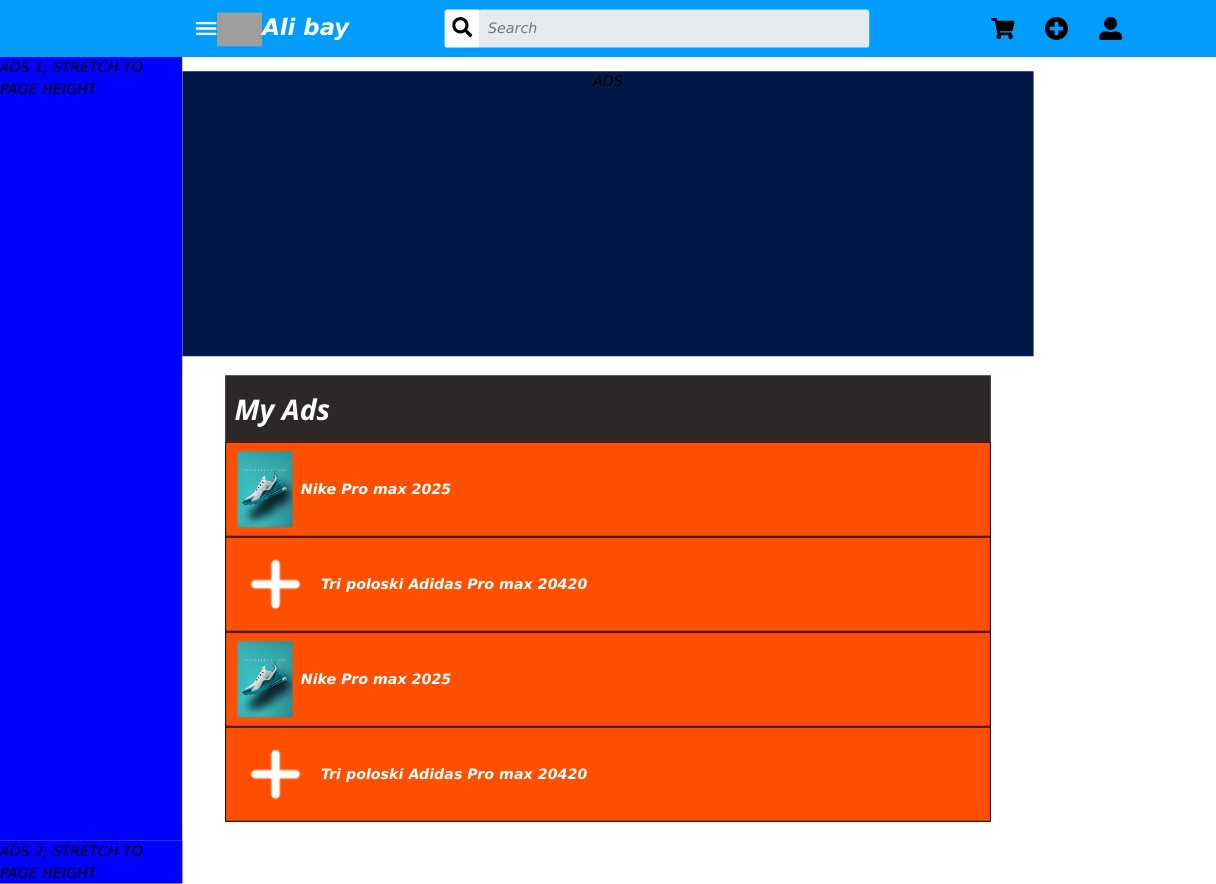
Repository: Aramys21/alibay-site
Page: public/ad_list.html
An editor plug-in stored every save of this project. The page is shown before and after a run of saves, followed by the edit.
The browser window is 1280 px wide. The pictures show the whole page, at 95% of full size.
Pictures or frames that could not be fetched are drawn as grey boxes.

Above is the page before, as saved 2023-04-05 00:53:41.

### public/ad_list.html
<!DOCTYPE html>
<html>
  <head>
	<link rel="stylesheet" href="src/css/w3.css">
	<link rel="stylesheet" href="src/css/style.css">
	<link rel="stylesheet" href="src/css/style4.css">
    <title>Ads List Page</title>
  </head>
  <body>
	<div class="w3-sidebar w3-bar-block w3-card w3-animate-left side-bar" style="display:none" id="mySidebar">
		<!-- Side bar Menu -->
		<div class="sidebar-language">
			<button class="w3-bar-item w3-button w3-xlarge sidebar">ENG</button>
			<button class="w3-bar-item w3-button w3-xlarge sidebar">FR</button>
			<button class="w3-bar-item w3-button w3-xlarge sidebar">عربي</button>
		</div>
		<!-- contents of side bar -->
		<a class="w3-bar-item sidebar-title">Compte</a>
		<a href="login.html" class="w3-bar-item sidebar-link"><img class="search-icon" src="src/icons/account-white-icon.svg" style="height:12px;"> Login</a>
		<a href="register.html" class="w3-bar-item sidebar-link"><img class="search-icon" src="src/icons/account-add-icon.svg" style="height:12px;"> Register</a>
		<!-- separator -->
		<a class="w3-bar-item sidebar-title">Categories</a>
		<a href="#" class="w3-bar-item sidebar-link"><img class="search-icon" src="src/icons/perfume-icon.svg" style="height:18px;"> Cosmetique et beauté</a>
		<a href="#" class="w3-bar-item sidebar-link"><img class="search-icon" src="src/icons/watch-icon.svg" style="height:18px;"> Accessoire de mode</a>
		<a href="#" class="w3-bar-item sidebar-link"><img class="search-icon" src="src/icons/car-icon.svg" style="height:18px;"> Véhicules</a>
		<a href="#" class="w3-bar-item sidebar-link"><img class="search-icon" src="src/icons/battery-icon.svg" style="height:18px;"> piéces détachées</a>
		<a href="#" class="w3-bar-item sidebar-link"><img class="search-icon" src="src/icons/android-icon.svg" style="height:18px;"> Téléphones</a>
		<a href="#" class="w3-bar-item sidebar-link"><img class="search-icon" src="src/icons/headphones-icon.svg" style="height:18px;"> Accessoires de téléphones</a>
		<a href="#" class="w3-bar-item sidebar-link"><img class="search-icon" src="src/icons/appliance-icon.svg" style="height:18px;"> Electronique et electroménager</a>
		<a href="vetements.html" class="w3-bar-item sidebar-link"><img class="search-icon" src="src/icons/clothes-icon.svg" style="height:18px;"> Vétements</a>
	</div>

   <div id="navbar" class="navbar">
		<a href="#" id="openNav" class="w3-large navbar-first" onclick="menu_click()"><svg width="22" height="14" viewBox="0 0 22 14" fill="none" xmlns="http://www.w3.org/2000/svg">
			<path d="M0.785714 2.57143H21.2143C21.6482 2.57143 22 2.31561 22 2V0.571429C22 0.255821 21.6482 0 21.2143 0H0.785714C0.351754 0 0 0.255821 0 0.571429V2C0 2.31561 0.351754 2.57143 0.785714 2.57143ZM0.785714 8.28571H21.2143C21.6482 8.28571 22 8.02989 22 7.71429V6.28571C22 5.97011 21.6482 5.71429 21.2143 5.71429H0.785714C0.351754 5.71429 0 5.97011 0 6.28571V7.71429C0 8.02989 0.351754 8.28571 0.785714 8.28571ZM0.785714 14H21.2143C21.6482 14 22 13.7442 22 13.4286V12C22 11.6844 21.6482 11.4286 21.2143 11.4286H0.785714C0.351754 11.4286 0 11.6844 0 12V13.4286C0 13.7442 0.351754 14 0.785714 14Z" fill="white"/>
			</svg>
			</a>
		<div class="navbar__logo"><a href="home.html"><img src="src/images/logo-ab.png" style="width:8%;height:auto;"/>Ali bay</a></div>
		<div class="navbar__search">
		<a class="search-icon-link" href="#"><img class="search-icon" src="src/icons/search-icon.svg" style="width:22px;"></a>
		<input type="text" placeholder="Search" class="navbar__search__input"/>
		</div>
		<div class="navbar__links">


			<div class="dropdown">
				<a href="#" class="dropbtn"><img class="nav-icons" src="src/icons/cart-icon.svg"></a>
				<div id="dropdown-cart" class="dropdown-content">
					<p>My Cart</p>
					<a href="#"><img class="search-icon" src="src/icons/clothes-icon.svg"> Link 1</a>
					<a href="#"><img class="search-icon" src="src/icons/watch-icon.svg"> Link 2</a>
					<a href="#"><img class="search-icon" src="src/icons/appliance-icon.svg"> Link 3</a>
				</div>
			</div>

			<div class="dropdown">
				<a href="ad_list.html" class="dropbtn"><img class="nav-icons" src="src/icons/add-icon.svg"></a>
			</div>

			<div class="dropdown">
				<a href="#" class="dropbtn"><img class="nav-icons" src="src/icons/account-icon.svg"></a>
				<div id="dropdown-acc" class="dropdown-content">
					<p>My Account</p>
					<div class="dropdown-acc-info-container">
						<div class="dropdown-acc-icon"><img id="dropdown-account-icon" src="src/icons/account-icon.svg"></div>
						<a id="dropdown-acc-username">WexDex</a>
					</div>

					<a href="#">Disconnect</a>
				</div>
			</div>

      </div>
    </div>
	<script>
		function menu_click() {
		  if (document.getElementById("mySidebar").style.display === "none") {
			  document.getElementById("mySidebar").style.left = "0";
			  document.getElementById("mySidebar").style.width = "15%";
			  document.getElementById("mySidebar").style.display = "block";
		  }
		  else {
			  document.getElementById("mySidebar").style.display = "none";
		  }
		}
		function w3_close() {
			  document.getElementById("mySidebar").style.display = "none";
		}
	</script>

	<!-- Body Start -->
	<div id="container" style="display:flex;">
	<div class="left">ADS 1; STRETCH TO PAGE HEIGHT</div>
	<div class="main">
		<!-- ADS -->
		<div class="ad-box">
			<p>ADS</p>
		</div>
		<!-- main content -->

		<div class="list-container">
			<div class="list-label"><h2>My Ads</h2></div>
			<!-- Item list -->

			<!-- Single item start -->
			<div class="list-item">
				<a><img src="src/images/ades (1).png"></a>
				<a>Nike Pro max 2025</a>
			</div>
			<!-- single item end -->

			<!-- Single item start -->
			<div class="list-item">
				<a><img src="src/images/ades (2).png"></a>
				<a>Tri poloski Adidas Pro max 20420</a>
			</div>
			<!-- single item end -->

			<!-- Single item start -->
			<div class="list-item">
				<a><img src="src/images/ades (1).png"></a>
				<a>Nike Pro max 2025</a>
			</div>
			<!-- single item end -->

			<!-- Single item start -->
			<div class="list-item">
				<a><img src="src/images/ades (2).png"></a>
				<a>Tri poloski Adidas Pro max 20420</a>
			</div>
			<!-- single item end -->
			</div>
		</div>


	</div>
		<div class="right">ADS 2; STRETCH TO PAGE HEIGHT</div>
	</div>

	<a href="#" class="back-to-top"></a>
	<script>
		const backToTopButton = document.querySelector('.back-to-top');

		window.addEventListener('scroll', () => {
		  if (window.scrollY > 200) {
			backToTopButton.classList.add('show');
		  } else {
			backToTopButton.classList.remove('show');
		  }
		});

		backToTopButton.addEventListener('click', () => {
		  window.scrollTo({ top: 0, behavior: 'smooth' });
		});

	</script>
  </body>
</html>

### public/src/css/style.css
html,
body {

  font-style: italic;
}

/* Style for the navbar */
  .navbar {
	display: flex;
	justify-content: space-between;
	align-items: center;
	background-color: #009dff;
	color: #fff;
	padding: 10px;
	height: 60px;
  }
  .navbar__logo a {
	font-size: 24px;
	font-weight: bold;
	display: inline;
	color: #fff;
	text-decoration: none;

  }
  .navbar__logo img {
	  width:20% !important;
  }
  .navbar-first {
	  margin-left: 15%;
  }
  .navbar__logo {
	  display: inline;
	  width: 30%;
  }
  .navbar__search {
	  display: flex;
	  width:70%;
  }

  .navbar__search__input {
	/* margin: 0 20px; */
	margin-left: -2px;
	height: 40px;
	border-radius: 3px;
	border: none;
	padding: 0 10px;
	z-index: 1;
  }

  input[type="text"].navbar__search__input {
	margin-right: 20%;
	width: 100% !important;
	background-color: #e5eaed;
  }
  .search-icon-link {
	padding-top: 7px;
	background-color: #ffffff;
	border-radius: 3px;
	border: none;
	padding-left: 8px;
	padding-right: 8px;
  }

  .navbar__links {
	display: flex;
	margin-right: 5%;
  }
  .navbar__links a {
	color: #000;
	text-decoration: none;
	margin-right: 30px;
	font-size: 20px;
	margin-right: 50px;
  }
  .navbar__links a:last-child {
	margin-right: 0;
  }


  .nav-icons {
	  fill: black;
	  color: black;
  }

.side-bar {
	transition: 0.5s;
	background-color: #009dff;
	color: #fff;
}

#navbar {
  transition: margin-left .5s;
  padding: 20px;
}

@media screen and (max-height: 450px) {
  .navbar {padding-top: 15px;}
  .navbar a {font-size: 18px;}
}

/* Drop down */

.dropdown {
  float: left;
  overflow: hidden;
}

.dropdown .dropbtn {
  font-size: 16px;
  border: none;
  outline: none;
  color: white;
  padding: 14px 16px;
  background-color: inherit;
  font-family: inherit;
  margin: 0;
}

.navbar a:hover, .dropdown:hover .dropbtn {

}

.dropdown-content {
  display: none;
  position: absolute;
  background-color: #f9f9f9;
  box-shadow: 0px 8px 16px 0px rgba(0,0,0,0.2);
  z-index: 1;
  right : 10px;
}
#dropdown-cart {
	min-width: 400px;
}
#dropdown-acc {
	min-width: 250px;
}

.dropdown-acc-info-container {
	display: flex;
	align-items: center;
	background-color: #2D2828;
}
.dropdown-acc-info-container a {
	color: white;
	font-size: 20px;

}

.dropdown-acc-icon {
  display: flex;
  justify-content: center;
  align-items: center;
  width: 70px;
  height: 70px !important;
  border-radius: 50%;
  background-color: #FE5000;
  margin-bottom: 5px;
  color: white;
  margin: 5px;
}

.dropdown-acc-icon img {
	fill: #fff;
	color: #fff;
}

.dropdown-content a:not([id="dropdown-acc-username"]),.dropdown-content p,.dropdown-content img {
  float: none;
  color: #fff;
  padding: 6px 10px;
  text-decoration: none;
  display: flex;
  text-align: left;
  margin-right: 0;
  background-color: #FE5000;
}
.dropdown-content img {
	background-color: transparent;
}
.dropdown-content a {
	display: flex;
}

.dropdown-content p {
	background-color: #2D2828;
	margin-bottom: 0;
	margin-top: 0;
	font-size: 20px;
	color: #fff;
}
#dropdown-acc p {
	background-color: #000;
}

.dropdown-content a:hover:not([id="dropdown-acc-username"]),.dropdown-content img:hover {
  background-color: #942B0A;
}
#dropdown-account-icon:hover {
	background-color: transparent;
}

.dropdown:hover .dropdown-content {
  display: block;
}

/* Sidebar */

.sidebar-language button {
	width: 34%;
	font-size: 20px;
}
.sidebar-language {
	display: flex;
	background-color: #0077ff;
	color: #fff;
}
a.sidebar-title, a.sidebar-link {
	text-decoration: none;
}
a.sidebar-link {
	margin-left: 5%;
}
a.sidebar-link:hover {
	background-color: #942B0A;
}


/* Body Structure */
.container {
  justify-content: center;
  align-items: center;
}
.left,
.right {
  display:flex;
  /* height: 100%; */
  width: 15%;
}
.left {
  background-color: blue;
}

.right {
  background-color: blue;
}

.main {
  height: 100%;
  background-color: white;
  width: 70%;
}


/* Content */
.ad-box {
	height:300px;
	background-color: #021947;
	text-align: center;
	align-items: middle;
	margin: auto;
	width:100%;

}

.ad-box img {
	color: #000;
	font-size: 40px;
	margin: auto;
  background-size: cover;
  width: 100%;
  height: 100%;

}
.right img{
  width: 100%;
  height: 100%;

}

/* Categories */

.category-links {
	display: flex;
	justify-content: space-between;
	align-items: center;
  justify-content: center;
	background-color: #2D2828;
	height: 250px;
  padding-top: 10px;
	/* padding-left: 5%;
	padding-right: 5%; */
	flex-wrap: wrap;
	width:auto;
	/* margin-left: 15%; */
	/* margin-right: auto; */
}

.category-link {
  display: flex;
  flex-direction: column;
  justify-content: center;
  align-items: center;
  text-align: center;
  width: 100px;
  height: 120px;
  text-decoration: none;
  font-weight: bold;
  font-size: 1.2em;
  margin-right: 10px;
}

.category-icon {
  display: flex;
  justify-content: center;
  align-items: center;
  width: 70px;
  height: 70px !important;
  border-radius: 50%;
  background-color: #009dff;
  margin-bottom: 5px;
  color: white;
}
.category-icon.active-category {
  background-color: #8CBE39;
}

.category-icon img {
	fill: #fff;
	color: #fff;
}
.icn{
color: #fff;
fill: #fff;
height: 75% ;
}
.category-text {
  display: flex;
  text-overflow: ellipsis;
  overflow: hidden;
  word-wrap: break-word;
  color: white;
  font-size: 1rem;
  height: 50px;
}
/* Filter Bar */
.filter-container {
	/* width: 80%; */
	margin: auto;
	margin-top: 20px;
	display: flex;
	justify-content: center;
}
.filter-bar {
	display: flex;
	width: 40%;
	margin-right: 10%;
}
.filter-bar input {
	width: 100%;
	background-color: #009dff;
	border: none;
	color: white;
	border-top-left-radius: 5px;
	border-bottom-left-radius: 5px;
}

.filter-search-icon-link {
	padding: 8px;
	background-color: #08024f;
	border-top-right-radius: 3px;
	border-bottom-right-radius: 3px;
	border: none;
  }
/* Filter Dropdown */
.filter-dropdown {
  position: relative;
  display: inline-block;
}

.filter-btn {
  background-color: #009dff;
  color: white;
  padding: 10px;
  border: none;
  cursor: pointer;
  border-radius: 15px;
  font-size: 18px;
}

.filter-content {
  display: none;
  position: absolute;
  background-color: #009dff;
  min-width: 200px;
  z-index: 1;
  padding: 10px;
  box-shadow: 0px 8px 16px 0px rgba(0,0,0,0.2);
  border: black solid 1px;
}
.filter-content select,.filter-content input {
	background-color: #2D2828;
	color: white;
}

.filter-content form {
  margin: 0;
}

.filter-content label {
  display: block;
  font-weight: bold;
  margin-bottom: 5px;
}

.filter-content select, .filter-content input {
  display: block;
  margin-bottom: 10px;
  width: 100%;
  padding: 5px;
  border: 1px solid #ccc;
  border-radius: 4px;
  box-sizing: border-box;
}

.filter-content button[type=submit] {
  background-color: #4CAF50;
  color: white;
  border: none;
  padding: 10px;
  cursor: pointer;
}

.filter-dropdown:hover .filter-content {
  display: block;
}


/* Products List */
.product-list {
	display: flex;
	flex-wrap: wrap;
	justify-content: space-between;
	padding-left: 10%;
	padding-right: 10%;
	padding-top: 5%;
	width:100%;
}

.product-card {
  width: calc((100% / 3) - 20px);
  margin-bottom: 20px;
  box-shadow: 0 0 5px rgba(0, 0, 0, 0.2);
  border-radius: 5px;
  overflow: hidden;
  background-color: #006afe;
}

.product-card-img {
  display: block;
  width: 100%;
  height: 350px;
}

.product-card h2 {
  font-size: 1.2em;
  margin: 10px;
}

.product-card p {
  font-size: 0.9em;
  margin: 10px;
  color: #555;
}

.product-icons {
	display: flex;
	align-items: center;
	width: 50%;
}

.product-card a.card-icon-links {
  margin-left: 20px;
  padding: 20px 0px;
  border: none;
  color: white;
  font-weight: bold;
  border-radius: 5px;
  cursor: pointer;
}

.card-icons img {
	width: 33%;
	height: 33%;
}

/* Back to Top button */
.back-to-top {
  display: none;
  position: fixed;
  bottom: 20px;
  right: 20px;
  width: 50px;
  height: 50px;
  background-color: #007bff;
  color: white;
  border-radius: 50%;
  text-align: center;
  line-height: 50px;
  font-size: 24px;
  cursor: pointer;
  z-index: 9999;
  transition: opacity 0.4s ease-in-out;
  text-decoration: none;
}

.back-to-top:before {
  content: "\2191";
  font-family: Arial, sans-serif;
  font-weight: bold;
}

.back-to-top:hover {
  opacity: 0.8;
}

.back-to-top.active {
  display: block;
}


.back-to-top.show {
  display: block;
  opacity: 1;
}

### public/src/css/style4.css
.list-container {
	width: 90%;
	background-color: #2D2828;
	margin: auto;
	margin-top: 20px;
	margin-bottom: 20px;
}

.list-label {
	min-height: 70px;
	max-height: 70px;
	display: flex;
    align-items: center;
}

.list-item {
	min-height: 100px;
	max-height: 100px;
	display: flex;
    align-items: center;
	background-color: #FE5000;

	border: black solid 1px;
}

.list-item img {
	height: 80px;
	margin-left: 3%;
}

.list-container h2 {
	color: white;
	font-weight: bold;
	margin-left: 10px;
}
a.link-list-item {
	background-color:green;
}
.list-item a {
	color: white;
	font-size: 30;
	font-weight: bold;
	margin-left: 10px;
}
link-item-list-full {
	width: 100%;
}

Loaded but not shown: public/src/css/w3.css (library)

After the next 2 saves:
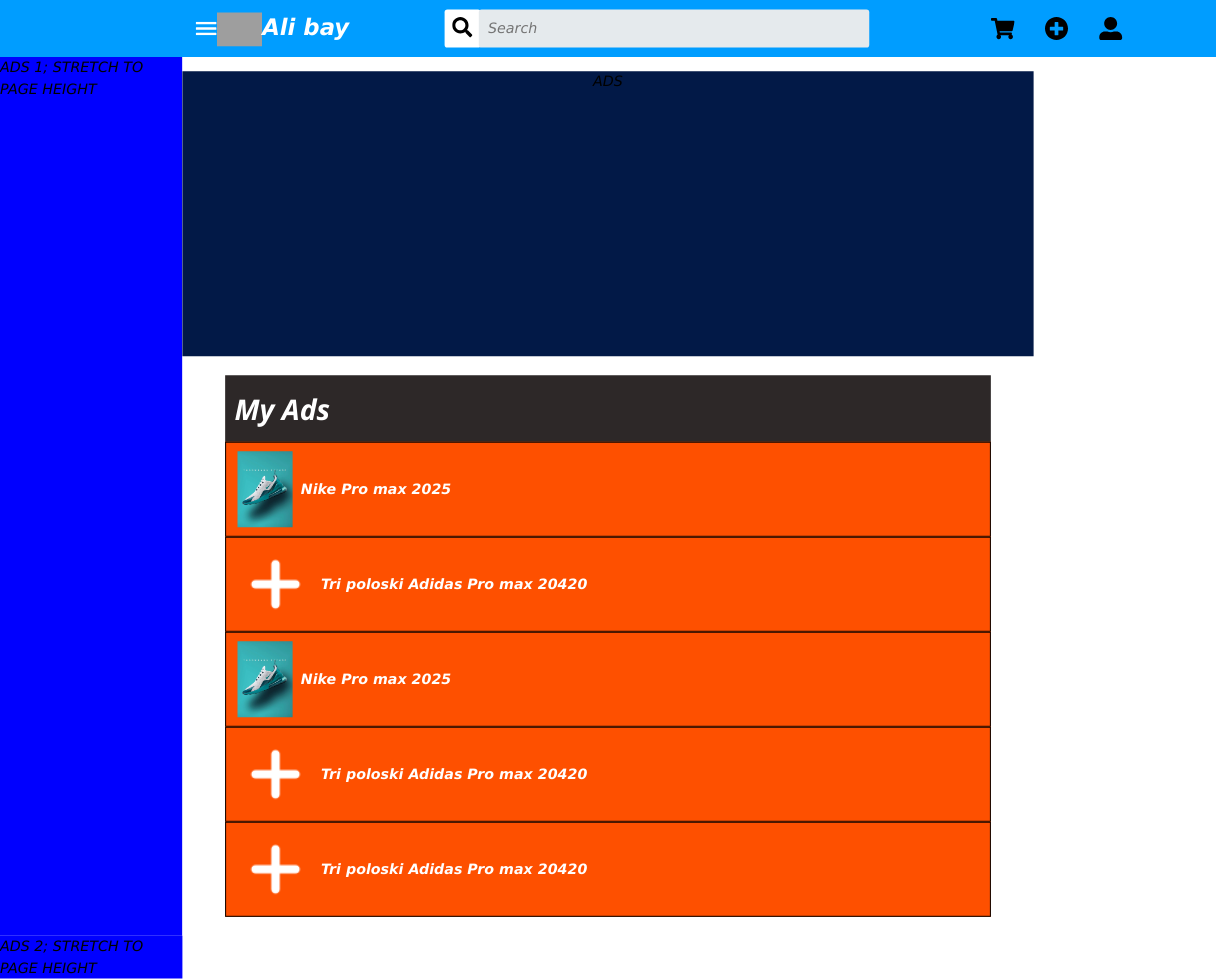
The 2 saves are shown as one change because they came seconds apart.
The last was saved 10 s later.
--- a/public/ad_list.html
+++ b/public/ad_list.html
@@ -129,7 +129,15 @@
 				<a>Tri poloski Adidas Pro max 20420</a>
 			</div>
 			<!-- single item end -->
+			<!-- Single item start -->
+			<div class="list-item">
+				<a><img src="src/images/ades (2).png"></a>
+				<a>Tri poloski Adidas Pro max 20420</a>
 			</div>
+			<!-- single item end -->
+
+
+		</div>
 		</div>
 
 
